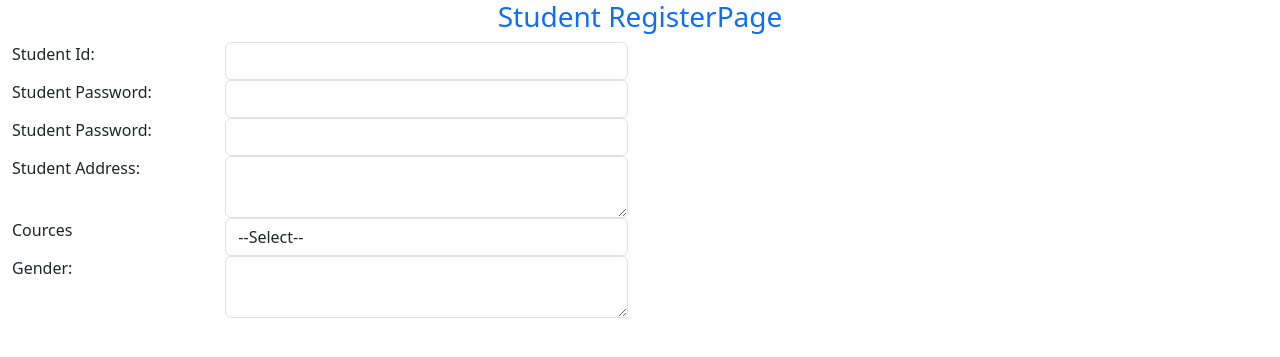
Repository: speaktwojitendra/WareHouseApp
Page: http://localhost/StudentRegister
An editor plug-in stored every save of this project. The page is shown before and after the next save, followed by the edit.
The browser window is 1280 px wide. The pictures show the whole page.
The page is this project's Thymeleaf template; nobody is signed in. The template is opened directly, without the code that normally fills it, so the values that code supplies are empty.

Above is the page before, as saved 2026-01-11 09:55:39.

### student1App/src/main/resources/templates/StudentRegister.html
<!DOCTYPE html>
<html>
<head>
<meta charset="UTF-8">
<link rel="stylesheet" href="https://cdn.jsdelivr.net/npm/bootstrap@5.3.3/dist/css/bootstrap.min.css" integrity="sha384-QWTKZyjpPEjISv5WaRU9OFeRpok6YctnYmDr5pNlyT2bRjXh0JMhjY6hW+ALEwIH" crossorigin="anonymous">
<title>Insert title here</title>
</head>
<body>
<h3  class="text-center text-primary">Student RegisterPage</h3>

<div class="container-fluid">

<div class="row">
<div class="col-2">Student Id:</div>
<div class="col-4"> <input type="text" name="id" class="form-control">  </div>
<div class="col-6" id="iderr"></div>

</div>



<div class="row">
<div class="col-2">Student Password:</div>
<div class="col-4"> <input type="text" name="password" class="form-control">  </div>
<div class="col-6" id="passerr"></div>

</div>


<div class="row">
<div class="col-2">Student Password:</div>
<div class="col-4"> <input type="text" name="name" class="form-control">  </div>
<div class="col-6" id="nameerr"></div>

</div>


<div class="row">
<div class="col-2">Student Address:</div>
<div class="col-4"> <textarea rows="" cols="" name="address" class="form-control"></textarea>  </div>
<div class="col-6" id="iderr"></div></div>


<div class="row">
<div class="col-2">Cources</div>
<div class="col-4"> <select name="cource" class="form-control" >
<option value="-1">--Select--</option>
<option value="Java">Java</option>
<option value=".Net">.Net</option>
<option value="UI">Ui</option>
<option value="Python">Python</option>

</select> </div>
<div class="col-6" id="iderr"></div></div>


<div class="row">
<div class="col-2">Gender:</div>
<div class="col-4"> <textarea rows="" cols="" name="address" class="form-control"></textarea>  </div>
<div class="col-6" id="iderr"></div></div>

</div>
</body>
</html>

After the next save:
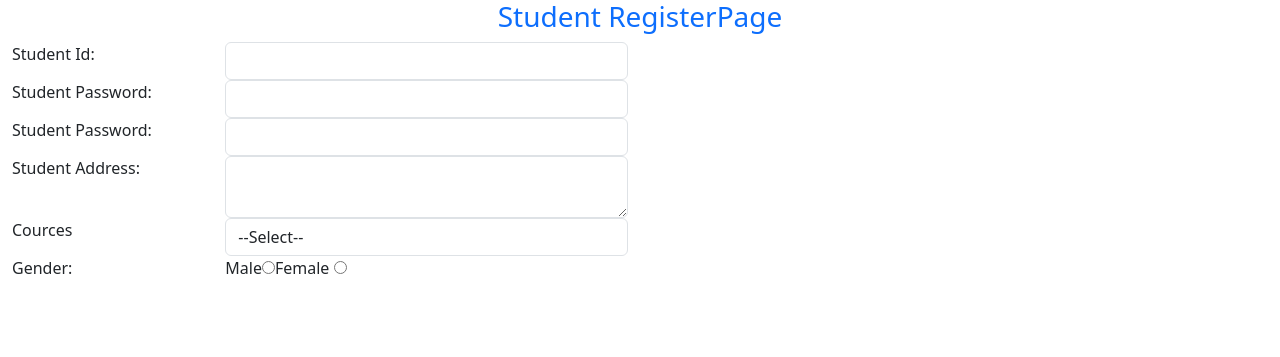
Saved 13 min 51 s later.
--- a/student1App/src/main/resources/templates/StudentRegister.html
+++ b/student1App/src/main/resources/templates/StudentRegister.html
@@ -50,13 +50,11 @@
 <option value="UI">Ui</option>
 <option value="Python">Python</option>
 
-</select> </div>
+</select></div>
 <div class="col-6" id="iderr"></div></div>
-
-
 <div class="row">
 <div class="col-2">Gender:</div>
-<div class="col-4"> <textarea rows="" cols="" name="address" class="form-control"></textarea>  </div>
+<div class="col-4"> Male<input type="radio" name="gender" value="male">Female <input type="radio" name="gender" value="female" ></div>
 <div class="col-6" id="iderr"></div></div>
 
 </div>
